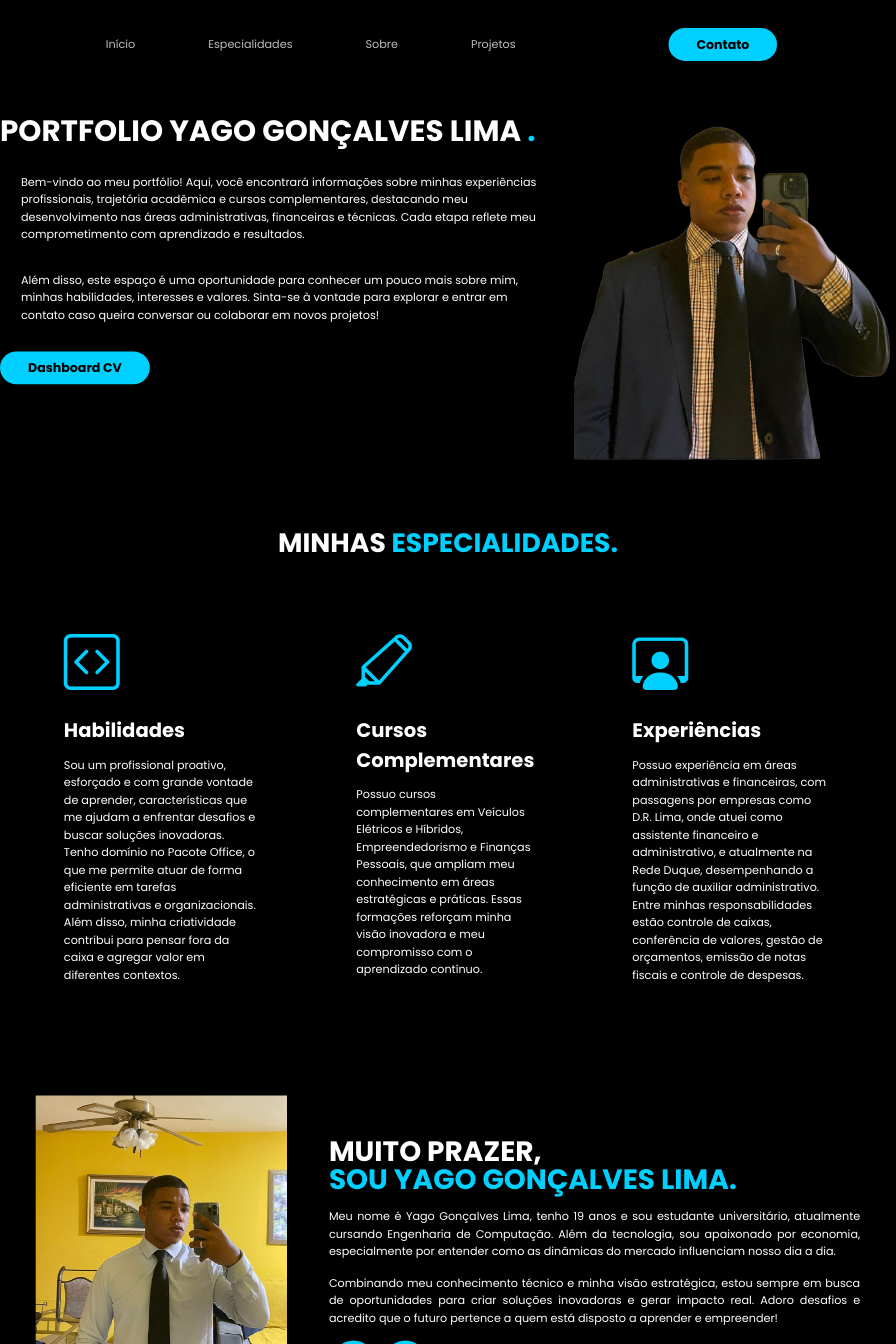
Repository: yagolima1511/Portfolio
Page: index.html
The author's editor kept a copy of each file at every save. The page is drawn from the files as they stood at one save, then again after the next save.
The browser window is 1280 px wide. The pictures show the part of the page from y = 0 to 1920 px (the page is 3476 px tall), at 70% of full size.

Above is the page before, as saved 2025-02-22 14:11:08.

### index.html
<!DOCTYPE html>
<html lang="pt-br">
<head>
    <meta charset="UTF-8">
    <meta name="viewport" content="width=device-width, initial-scale=1.0">
    <link rel="preconnect" href="https://fonts.googleapis.com">
<link rel="preconnect" href="https://fonts.gstatic.com" crossorigin>
<link href="https://fonts.googleapis.com/css2?family=Cabin:ital,wght@0,400..700;1,400..700&family=Poppins:ital,wght@0,100;0,200;0,300;0,400;0,500;0,600;0,700;0,800;0,900;1,100;1,200;1,300;1,400;1,500;1,600;1,700;1,800;1,900&display=swap" rel="stylesheet">
<link rel="stylesheet" href="https://cdn.jsdelivr.net/npm/bootstrap-icons@1.11.3/font/bootstrap-icons.min.css">
    <link rel="stylesheet" href="style.css">
    <link rel="icon" href="imagens.portifolio/logo_yago_sem_fundo.png">
    <title>Yago Gonçalves Lima</title>
</head>
<body>

    <header>
        <div class="interface">
             <nav>
                <nav class="menu-desktop">
                    <ul>
                        <li><a href="#início">Início</a></li>
                        <li><a href="#especialidades">Especialidades</a></li>
                        <li><a href="#sobre">Sobre</a></li>
                        <li><a href="#projetos">Projetos</a></li>
                    </ul>
                </nav>
             </nav>

             <div class="btn-contato">
                <a href="https://api.whatsapp.com/send?phone=5511951423405">
                    <button>Contato</button>
                </a>
             </div>

               <div class="mobile-menu-icon">
                  <button<img class="icon" src="imagens.portifolio/list.svg"></button>
               </div>

        </div><!--INTERFACE-->
    </header>

    <main>
        <section id="início">
        <section class="topo-do-site">
            <div class="interface">
                <div class="flex">
                    <div class="txt-topo-site">
                       <h1>PORTFOLIO YAGO GONÇALVES LIMA <span>.</span></h1>
                       <p>Bem-vindo ao meu portfólio! Aqui, você encontrará informações sobre minhas experiências profissionais, trajetória acadêmica e cursos complementares, destacando meu desenvolvimento nas áreas administrativas, financeiras e técnicas. Cada etapa reflete meu comprometimento com aprendizado e resultados.</p>
                       <p>Além disso, este espaço é uma oportunidade para conhecer um pouco mais sobre mim, minhas habilidades, interesses e valores. Sinta-se à vontade para explorar e entrar em contato caso queira conversar ou colaborar em novos projetos!</p>

                       <div class="btn-contato">
                        <a href="https://www.canva.com/design/DAGZft-klJw/L4ZIEv-Um3k0rW6E9iZL9g/edit?utm_content=DAGZft-klJw&utm_campaign=designshare&utm_medium=link2&utm_source=sharebutton">
                            <button>Dashboard CV</button>
                        </a>
                       </div>
                    </div>
                    <div class="img-topo-site">
                        <img id="img-home" src="imagens.portifolio/yago sem fundo.png" alt="" class="tamanho-fixo">

                    </div>
                </div>
            </div>
        </section>
    </section>
        <section id="especialidades">

        <section class="especialidades">
            <div class="interface">
                <h2 class="titulo">MINHAS <span>ESPECIALIDADES.</span></h2>
                <div class="flex">
                     <div class="especialidades-box">
                     <i class="bi bi-code-square"></i>
                     <h3>Habilidades</h3>
                     <p>Sou um profissional proativo, esforçado e com grande vontade de aprender, características que me ajudam a enfrentar desafios e buscar soluções inovadoras. Tenho domínio no Pacote Office, o que me permite atuar de forma eficiente em tarefas administrativas e organizacionais. Além disso, minha criatividade contribui para pensar fora da caixa e agregar valor em diferentes contextos.</p>
                </div>


                     <div class="especialidades-box">
                        <i class="bi bi-highlighter"></i>
                     <h3>Cursos Complementares</h3>
                     <p>Possuo cursos complementares em Veículos Elétricos e Híbridos, Empreendedorismo e Finanças Pessoais, que ampliam meu conhecimento em áreas estratégicas e práticas. Essas formações reforçam minha visão inovadora e meu compromisso com o aprendizado contínuo.</p>
                </div>

                     <div class="especialidades-box">
                        <i class="bi bi-person-workspace"></i>
                     <h3>Experiências</h3>
                     <p>Possuo experiência em áreas administrativas e financeiras, com passagens por empresas como D.R. Lima, onde atuei como assistente financeiro e administrativo, e atualmente na Rede Duque, desempenhando a função de auxiliar administrativo. Entre minhas responsabilidades estão controle de caixas, conferência de valores, gestão de orçamentos, emissão de notas fiscais e controle de despesas.
                    </p>
                </div>
            </div>
        </section>
    </section>
             <section id="sobre">
                    <section class="sobre">
                        <div class="interface">
                            <div class="flex">
                                <div class="img-sobre">
                                    <img src="imagens.portifolio/camisa gravata.jpeg" alt="" class="tamanho-fixo">
                                </div>
                                <div class="txt-sobre">
                                      <h2>MUITO PRAZER,<span> SOU YAGO GONÇALVES LIMA.</span> </h2>
                                          <p>Meu nome é Yago Gonçalves Lima, tenho 19 anos e sou estudante universitário, atualmente cursando Engenharia de Computação. Além da tecnologia, sou apaixonado por economia, especialmente por entender como as dinâmicas do mercado influenciam nosso dia a dia.</p>
                                          <p>Combinando meu conhecimento técnico e minha visão estratégica, estou sempre em busca de oportunidades para criar soluções inovadoras e gerar impacto real. Adoro desafios e acredito que o futuro pertence a quem está disposto a aprender e empreender!</p>
                                          <div class="btn-social">

                                                <a href="https://api.whatsapp.com/send?phone=5511951423405"><button><i class="bi bi-whatsapp"></i></button></a>
                                                <a href="https://www.linkedin.com/in/yago-lima-50758a299?utm_source=share&utm_campaign=share_via&utm_content=profile&utm_medium=ios_app"><button><i class="bi bi-linkedin"></i></button></a>

                                          </div>
                                </div>

                            </div>
                        </div>
                    </section>
                </section>
                    <section id="projetos">

                    <section class="projetos">
                        <div class="interface">
                            <h2><h2 class="titulo">PROJETO <span>DESENVOLVIDO.</span></h2></h2>

                           <div class="flex">
                            <div class="img-proj" style="background-image: url(imagens.portifolio/WhatsApp\ Image\ 2024-12-10\ at\ 22.25.13.jpeg);">
                                <div class="overlay">Projeto AlphaTec</div>
                            </div>
                            <div class="img-proj" style="background-image: url(imagens.portifolio/WhatsApp\ Image\ 2024-12-10\ at\ 22.20.26.jpeg);">
                                <div class="overlay">Projeto AlphaTec</div>
                            </div>
                            <div class="img-proj" style="background-image: url(imagens.portifolio/WhatsApp\ Image\ 2024-12-10\ at\ 22.20.24.jpeg);">
                                <div class="overlay">Projeto AlphaTec</div>

                            </div>
                           </div>
                        </div>

                        <section class="projeto">
                            <div class="interface">
                                <div class="flex">
                        <div class="txt-paragrafo-projeto">
                                <p>Juntamente com meus colegas de faculdade, desenvolvemos o Projeto AlphaTec. O projeto do carrinho autônomo com Arduino é uma aplicação simples de robótica, onde o objetivo principal é criar um veículo que detecte obstáculos e mude de direção automaticamente usando um sensor ultrassônico. Aqui está uma explicação didática e direta sobre os principais componentes e funcionamento:</p>

                        </div> <!--txt-->
                    </div>
                            </div><!--INTERFACE-->



                     </section>


                     <ul>
                        <li>
                            Arduino: É o "cérebro" do carrinho, responsável por processar as informações do sensor ultrassônico e controlar os motores.
                        <li>

                                Sensor Ultrassônico (HC-SR04): Detecta obstáculos à frente, medindo a distância usando ondas sonoras.
                            </li>
                            <li>
                                Motores e Ponte H (L298N): Movem o carrinho e permitem controlar o sentido de rotação (para frente, para trás ou virar).
                            </li>
                            <li>
                                Baterias/Pilhas: Alimentam o Arduino e os motores.
                            </li>
                            <li>
                                Estrutura do Carrinho: Uma base com rodas onde os componentes são fixados
                            </li>
                        </ul>

                    </section>
                </section>


    </main>
    <footer>
        <div class="interface">
            <div class="line-footer">
                <div class="flex">
                <div class="btn-social">

                    <a href="https://api.whatsapp.com/send?phone=5511951423405"><button><i class="bi bi-whatsapp"></i></button></a>
                    <a href="https://www.linkedin.com/in/yago-lima-50758a299?utm_source=share&utm_campaign=share_via&utm_content=profile&utm_medium=ios_app"><button><i class="bi bi-linkedin"></i></button></a>

              </div>
            </div>
            </div>
                <div class="line-footer borda">
                    <p><i class="bi bi-envelope-fill"></i> <a href="mailto:goncalveslima2005@gmail.com">goncalveslima2005@gmail.com</a></p>

            </div>

        </div>
    </footer>
</body>
</html>

### style.css
/*ESTILO GERAL*/
html {
    scroll-behavior: smooth;
}

*{
    margin: 0;
    padding: 0;
    box-sizing: 0;
    font-family: "Poppins", serif;
}

body{
    background-color: black;
    height: 100vh;
}

.interface{
    max-width: 1280px;
    margin: 0 auto;
}

.flex{
    display: flex;
}

.btn-contato button{
    padding: 10px 40px;
    font-size: 18px;
    font-weight: 700;
    background-color: #00d0ff;
    border: 0;
    border-radius: 30px;
    cursor: pointer;
    transition: .2s;
}

h2.titulo{
    color: white;
    font-size: 38px;
    text-align: center;
}

h2.titulo span{
    color: #00d0ff;
}

 button:hover{
    box-shadow: 0px 0px 8px #00d0ff;
    transform: scale(1.05);
}

/* ESTILO DO CABEÇALHO */
header{
    padding: 40px 4%;
}

header > .interface{
    display: flex;
    align-items: left;
    justify-content: space-between;
}

header a{
    color: #7d7d7d;
    text-decoration: none;
    display: inline-block;
    transition: .2s;
}

header a:hover{
    color:#fff;
    transform: scale(1.05);
}

header nav ul{
    list-style-type: none;
}

header nav ul li{
    display: inline-block;
    padding: 0 50px;
}

/* ESTILO DO TOPO DO SITE */
section.topo-do-site{
    padding: 40px 0%;
}

section.top-do-site.flex{
    align-items: center;
    justify-content: center;
    gap: 90px;
}

.topo-do-site h1{
    color: white;
    font-size: 42px;
    line-height: 40px;
}

.txt-topo-site span{
    color: #00d0ff;
}

.topo-do-site .txt-topo-site p{
    color: white;
    margin: 40px 30px;

}

.topo-do-site .img-topo-site img{
    position: relative;
    animation: flutuar 2s ease-in-out infinite alternate;
}

@keyframes flutuar{
    0%{
        top: 0;
    }
    100%{
        top: 30px;
    }
}

/* ESPECIALIDADES */
section.especialidades{
    padding: 40px 4%;
}

section.especialidades .flex{
    gap: 60px;
}

.especialidades .especialidades-box{
    color: white;
    padding: 40px;
    border-radius: 20px;
    margin-top: 45px;
    transition: .2s;
}

.especialidades .especialidades-box:hover{
    transform: scale(1.05);
    box-shadow: 0 0 8px #ffffff78;
}

.especialidades .especialidades-box i{
    font-size: 80px;
    color: #00d0ff;
}

.especialidades .especialidades-box h3{
   font-size: 28px;
   margin: 15px 0;
}

/* ESTILO SOBRE */
section.sobre{
    padding: 80px 4%;
}

section.sobre .flex{
    align-items: center;
    gap: 60px;
}

.sobre .txt-sobre{
    color: white;
    line-height: 40px;
    margin-bottom: 30px;
}

.sobre .txt-sobre h2{
    font-size: 40px;
}

.sobre .txt-sobre h2 span{
    color: #00d0ff;
    display: block;
}

.sobre .txt-sobre p{
     margin: 20px 0;
     text-align: justify;
     line-height: 25px;
}

 .btn-social button{
     width: 60px;
     height: 60px;
     border-radius: 50%;
     border: none;
     background-color: #00d0ff;
     font-size: 22px;
     cursor: pointer;
     margin: 0 5px;
     transition: 2.s;
}

/* ESTILO DO PORTIFÓLIO */
section.projetos{
     padding: 80px 4%;
     box-shadow: 0 0 40px 10px rgba(255, 255, 255, 0.107);
}

section.projetos .flex{
    justify-content: space-around;
    margin-top: 60px;
}

.img-proj{
    width: 360px;
    height: 460px;
    background-size: cover;
    background-position: 100% 0%;
    transition: 1s;
    cursor: pointer;
    border-radius: 40px;  /* DEIXA A FOTO C ASA BORDAS REDONDAS */
    position: relative;
}

.img-proj:hover{
    background-position: 100% 100%;
}


.overlay{
    position: absolute;
    top: 0;
    left: 0;
    width: 100%;
    height: 100%;
    background-color: #010d01c3;
    border-radius: 40px;
    display: flex;
    align-items: center;
    justify-content: center;
    font-size: 24px;
    font-weight: 600;
    color: white;
    opacity: 0;
    transition: .5s;
}

.overlay:hover{
    opacity: 1;
}

.txt-paragrafo-projeto p{
    color: white;
    margin-bottom: 20px;
}

ul{
    list-style-position: inside;
    color: white;
    padding: 10px 50px;
}

/* ESTILO DO RODAPÉ */

footer{
    padding: 60px 4%;
    box-shadow: 0 0 40px 10px rgba(255, 255, 255, 0.090);
}

footer .flex{
    justify-content: space-between;
}

footer .line-footer{
    padding: 20px 0;
}

.borda{
    border-top: 2px solid #00d0ff;
}

footer .line-footer p i{
    color: #00d0ff;
    font-size: 22px;
}

footer .line-footer p a{
    color: white;
}

footer .line-footer p{
    text-align: right;
}



@media screen and (max-width: 1041.60px){
    /*classes gerais*/

    .flex{
        flex-direction: column-reverse;
    }

    h2.titulo{
        font-size: 34px;
        line-height: 40px;
    }

    /*cabeçalho*/
    .menu-desktop, .btn-contato{
        display: none;
    }

    .img-topo-site {
        display: none;
    }

    .txt-topo-site h1{
        margin: 7px;
        text-align: center;
        font-size: 35px;
    }

    /*topo do site*/

    section.top-do-site .flex{
        gap: 40px;

    section.topo-do-site{
        padding: 20px 8%;
    }


    .topo-do-site h1{
        font-size: 30px;
    }


    .topo-do-site .img-topo-site img{
        width: 100%;

    }
}
    /* ESPECIALIDADES */
section.especialidades{
    padding: 40px 8%;
}
/* SOBRE */
section.sobre{
    padding: 80px 8%;
}
.sobre .txt-sobre h2{
    font-size: 35px;
    line-height: 35px;
    text-align: center;
}
.btn-social{
    text-align: center;
}

.img-sobre img{
    width: 100%;
}

/* PROJETO*/
section.projetos{
    padding: 80px 8%;
}
.img-proj{
    width: 100%;
    max-width: 360px;
    margin: 0 auto;

}

section.projetos .flex{
   gap: 60px;
}
footer .flex{
    flex-direction: column;
}

footer .line-footer p{
    text-align: center;
}


}

.tamanho-fixo{


    height: 492px;
}

header a {
    color: #bdbdbd;
    text-decoration: none;
    display: inline-block;
    transition: .2s;
}

After the next save:
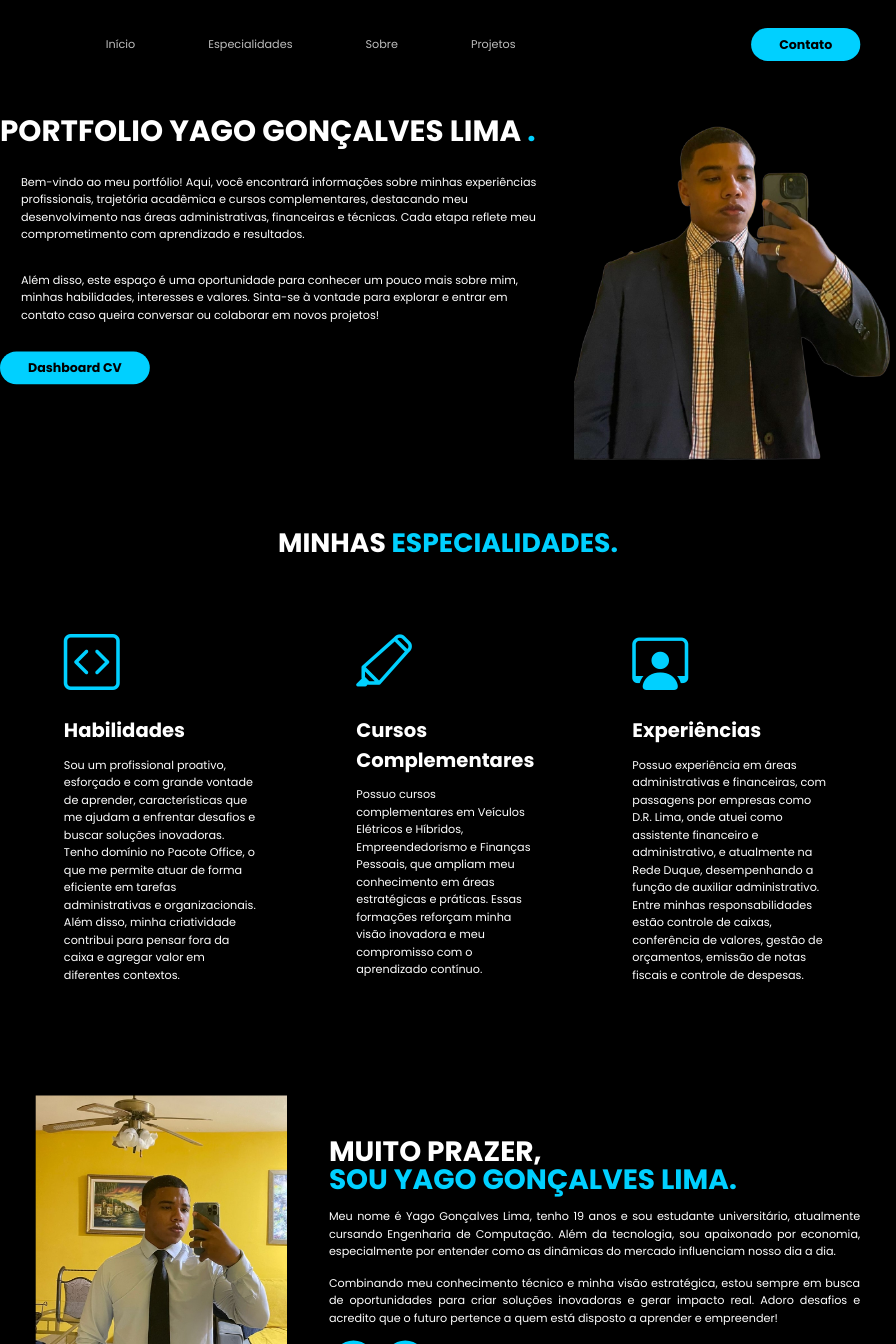
Saved 10 s later.
--- a/index.html
+++ b/index.html
@@ -31,11 +31,6 @@
                     <button>Contato</button>
                 </a>
              </div>
-
-               <div class="mobile-menu-icon">
-                  <button<img class="icon" src="imagens.portifolio/list.svg"></button>
-               </div>
-
         </div><!--INTERFACE-->
     </header>
 
